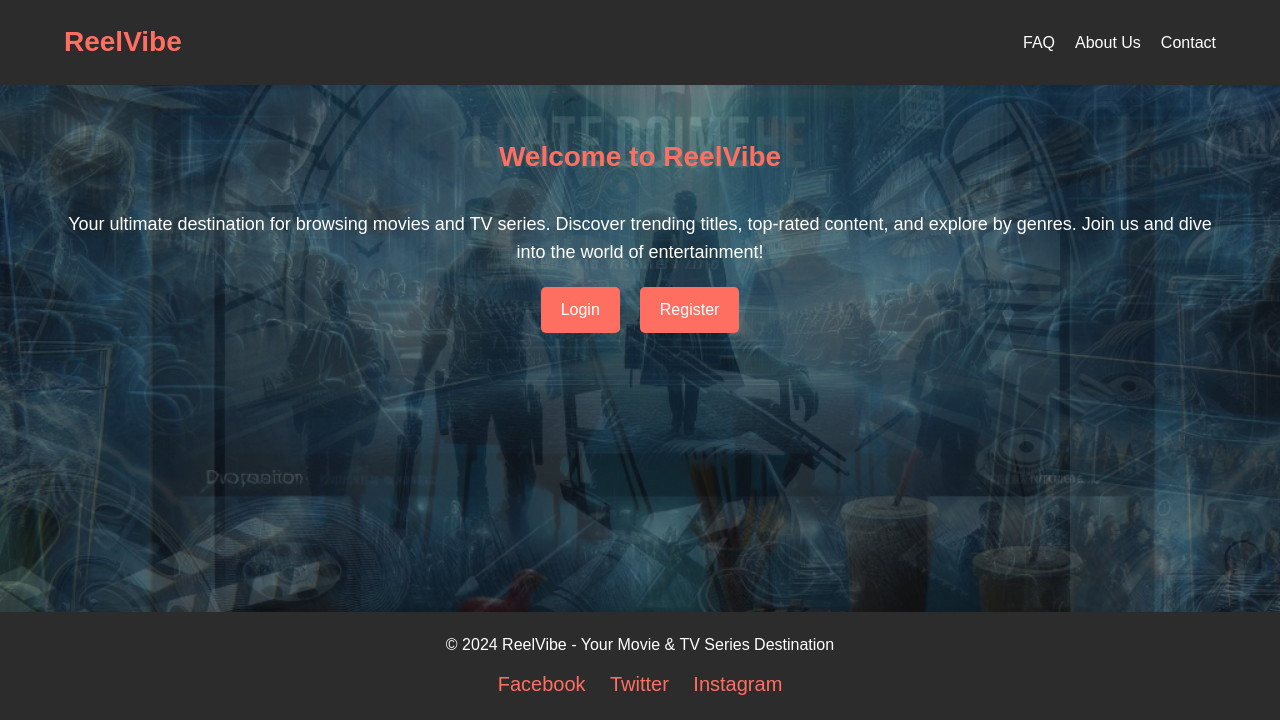
Repository: Szachii/Online-Movie-and-TV-series-browsing-system
Page: http://localhost/movie/welcome.jsp
These files come from the project's save history. The page is drawn as it stood at one moment and after the next save; the edit follows.
The browser window is 1280 px wide. The pictures show the whole page.
The page is served by Tomcat 9.

Above is the page before, as saved 2024-10-15 06:17:44.

After the next save:
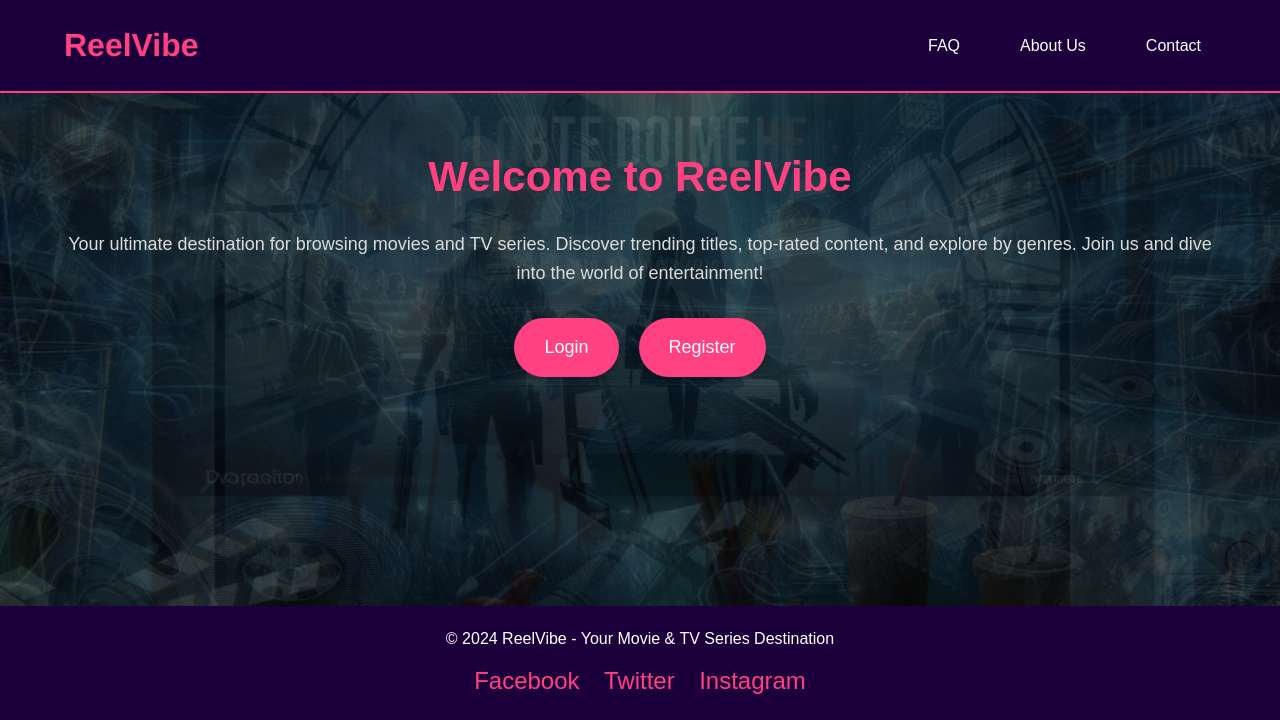
Saved 4 min 45 s later.
--- a/movie/src/main/webapp/welcome.jsp
+++ b/movie/src/main/webapp/welcome.jsp
@@ -15,7 +15,7 @@
         }
         body {
             font-family: Arial, sans-serif;
-            background-color: #1c1c1c;
+            background-color: #0a0a0a;
             color: #fff;
             line-height: 1.6;
             display: flex;
@@ -27,29 +27,34 @@
             justify-content: space-between;
             align-items: center;
             padding: 20px 5%;
-            background-color: #2c2c2c;
+            background-color: #1c003c;
+            border-bottom: 2px solid #ff4081;
             z-index: 2;
         }
         .welcome_nav h1 {
-            font-size: 28px;
-            color: #ff6f61;
+            font-size: 32px;
+            color: #ff4081;
+            font-family: 'Helvetica', sans-serif;
         }
         .welcome_nav_list {
             list-style: none;
             display: flex;
         }
         .welcome_nav_list li {
-            margin-left: 20px;
+            margin-left: 30px;
         }
         .welcome_nav_list a {
             color: #fff;
             text-decoration: none;
             font-size: 16px;
+            padding: 10px 15px;
+            transition: background-color 0.3s;
         }
         .welcome_nav_list a:hover {
-            color: #ff6f61;
-        }
-        /* Slideshow container */
+            background-color: #ff4081;
+            border-radius: 20px;
+        }
+        /* Background with opacity */
         .slideshow-container {
             position: fixed;
             top: 0;
@@ -59,21 +64,20 @@
             z-index: 1;
             overflow: hidden;
         }
-        /* Slideshow images */
         .mySlides {
             width: 100%;
             height: 100%;
             position: absolute;
             background-size: cover;
             background-position: center;
-            opacity: 0.3; /* Reduced opacity */
+            opacity: 0.2;
             animation: fade 8s infinite;
         }
         /* Animation for slideshow fade */
         @keyframes fade {
             0% {opacity: 0;}
-            25% {opacity: 0.5;}
-            50% {opacity: 0.3;}
+            25% {opacity: 0.4;}
+            50% {opacity: 0.2;}
             100% {opacity: 0;}
         }
         /* Welcome content */
@@ -83,15 +87,18 @@
             padding: 50px 5%;
             text-align: center;
             flex: 1;
+            color: #fff;
         }
         .welcome_content h2 {
-            margin-bottom: 30px;
-            font-size: 28px;
-            color: #ff6f61;
+            margin-bottom: 20px;
+            font-size: 42px;
+            font-weight: bold;
+            color: #ff4081;
         }
         .welcome_content p {
             font-size: 18px;
-            margin-bottom: 20px;
+            margin-bottom: 30px;
+            color: #dcdcdc;
         }
         .welcome_buttons {
             display: flex;
@@ -99,33 +106,37 @@
             gap: 20px;
         }
         .welcome_buttons a {
-            background-color: #ff6f61;
-            color: #fff;
-            padding: 10px 20px;
+            background-color: #ff4081;
+            color: #fff;
+            padding: 15px 30px;
+            font-size: 18px;
             text-decoration: none;
-            border-radius: 5px;
+            border-radius: 30px;
             transition: background-color 0.3s ease-in-out;
+            box-shadow: 0 4px 6px rgba(0, 0, 0, 0.2);
         }
         .welcome_buttons a:hover {
-            background-color: #e65c50;
-        }
-        /* Footer */
+            background-color: #e53970;
+        }
         footer {
-            background-color: #2c2c2c;
+            background-color: #1c003c;
             text-align: center;
             padding: 20px 0;
             color: #fff;
-            margin-top: auto;
             z-index: 2;
         }
         .social_links {
             margin-top: 10px;
         }
         .social_links a {
-            color: #ff6f61;
+            color: #ff4081;
             margin: 0 10px;
             text-decoration: none;
-            font-size: 20px;
+            font-size: 24px;
+            transition: color 0.3s ease;
+        }
+        .social_links a:hover {
+            color: #e53970;
         }
     </style>
 </head>
@@ -179,7 +190,7 @@
             }
             slideIndex++;
             if (slideIndex > slides.length) { slideIndex = 1; }
-            slides[slideIndex - 1].style.opacity = "0.3"; // Show current slide
+            slides[slideIndex - 1].style.opacity = "0.2"; // Show current slide
             setTimeout(showSlides, 8000); // Change image every 8 seconds
         }
 
